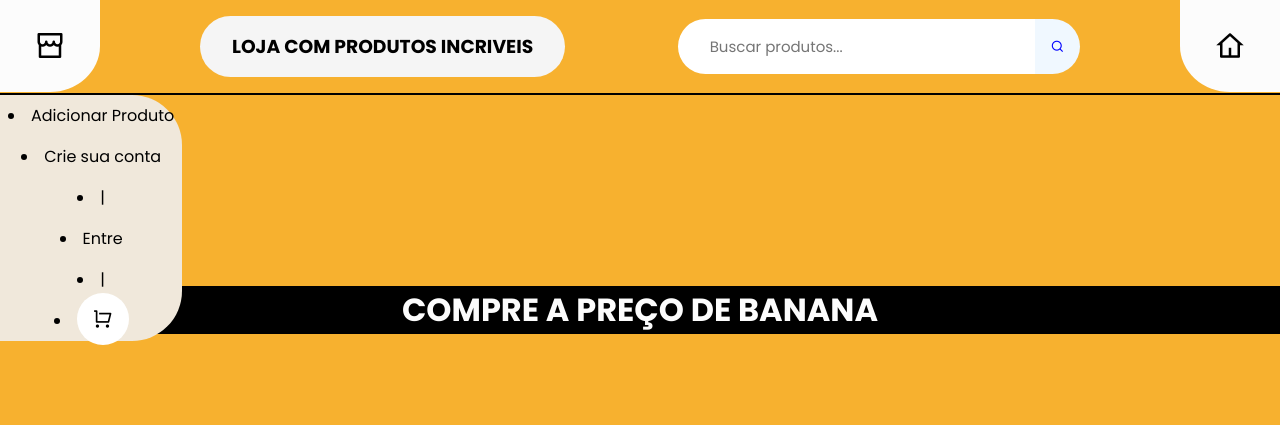
Repository: Guilherme-Beckman/Loja-Online-MVC-Spring
Page: http://localhost/home
The author's editor kept a copy of each file at every save. The page is drawn from the files as they stood at one save, then again after the next save.
The browser window is 1280 px wide. The pictures show the whole page.
The page is this project's Thymeleaf template; nobody is signed in. The template is opened directly, without the code that normally fills it, so the values that code supplies are empty.

Above is the page before, as saved 2024-03-18 19:48:58.

After the next save:
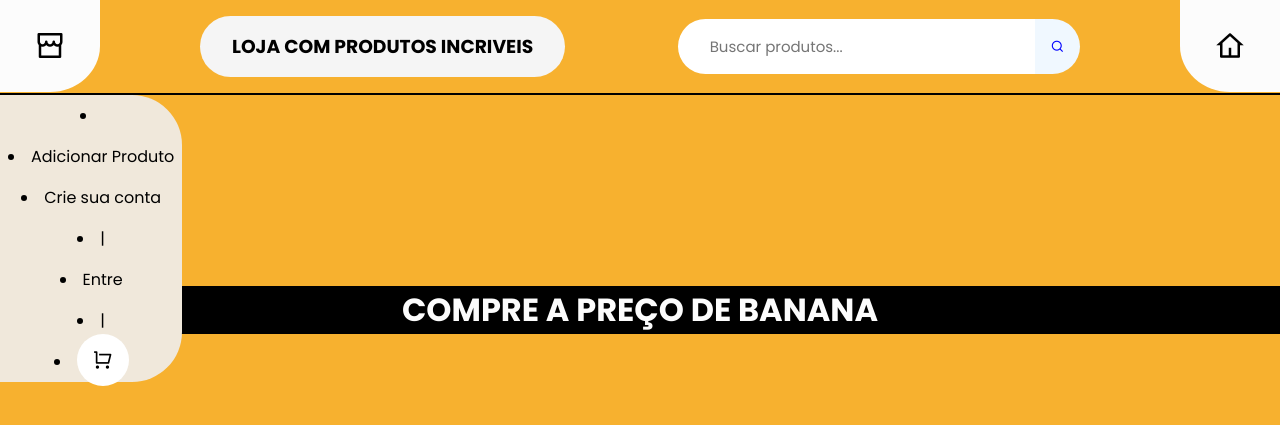
Saved 87 s later.
--- a/Documents/Loja-Online-MVC-Spring/loja-online/src/main/resources/templates/home.html
+++ b/Documents/Loja-Online-MVC-Spring/loja-online/src/main/resources/templates/home.html
@@ -31,10 +31,8 @@
     </div>
     <div class="nav2">
         <div class="back-circle">
-            <il>
-				<li>
-                <span><a href="/add-product">Adicionar Produto</a></span>
-                </il>
+            <li>
+				<li><span><a href="/add-product">Adicionar Produto</a></span></li>
                 <li><span><a href="/register">Crie sua conta</a></span></li>
                 <li>|</li>
                 <li><span><a href="/login">Entre</a></span></li>
